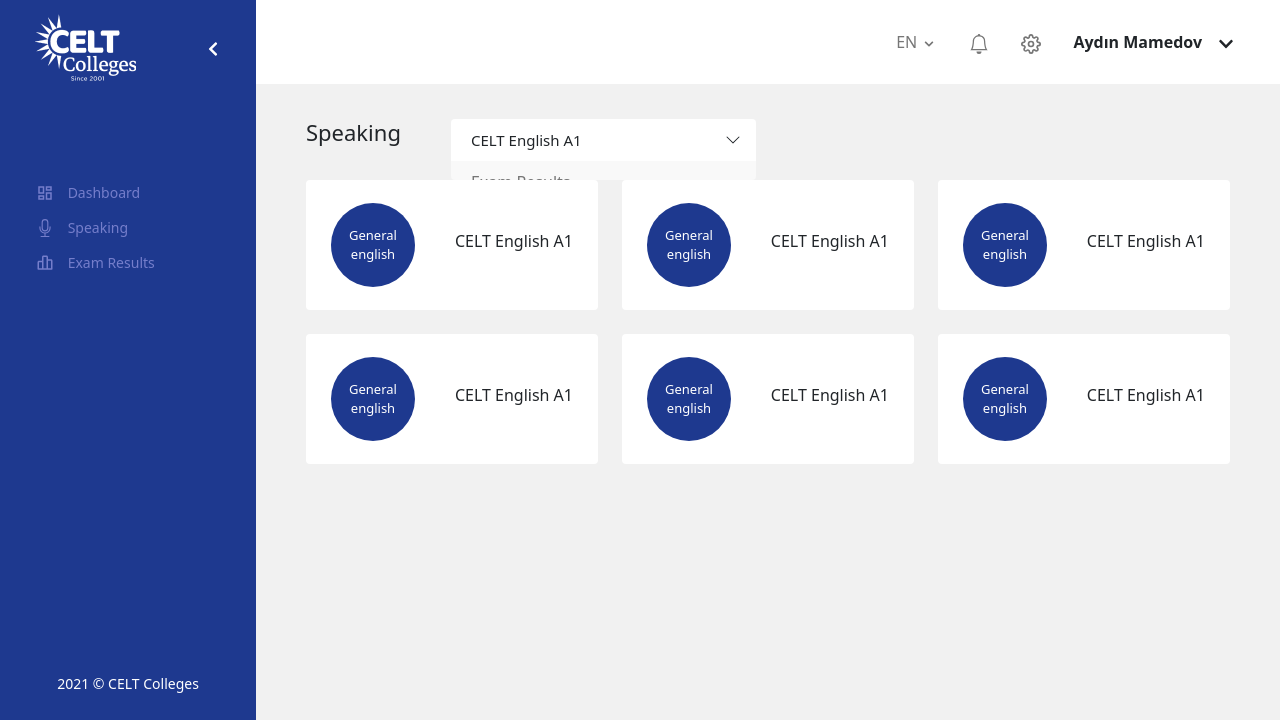
Repository: aydinws/celtapp
Page: /speaking
These files come from the project's save history. The page is drawn as it stood at one moment and after the next save; the edit follows.
The browser window is 1280 px wide. The pictures show the whole page.
The project was rebuilt for these pictures with package versions that can differ from the ones it lists, and the page was loaded fresh each time. Also part of the build but not shown: src/pages/Dashboard/index.js, src/pages/ExamResults/index.scss, src/components/Table/index.scss, src/components/Pagination/index.scss, src/components/Pagination/index.js, src/components/Table/index.js, src/pages/ExamResults/index.js.

Above is the page before, as saved 2021-06-10 00:33:52.

After the next save:
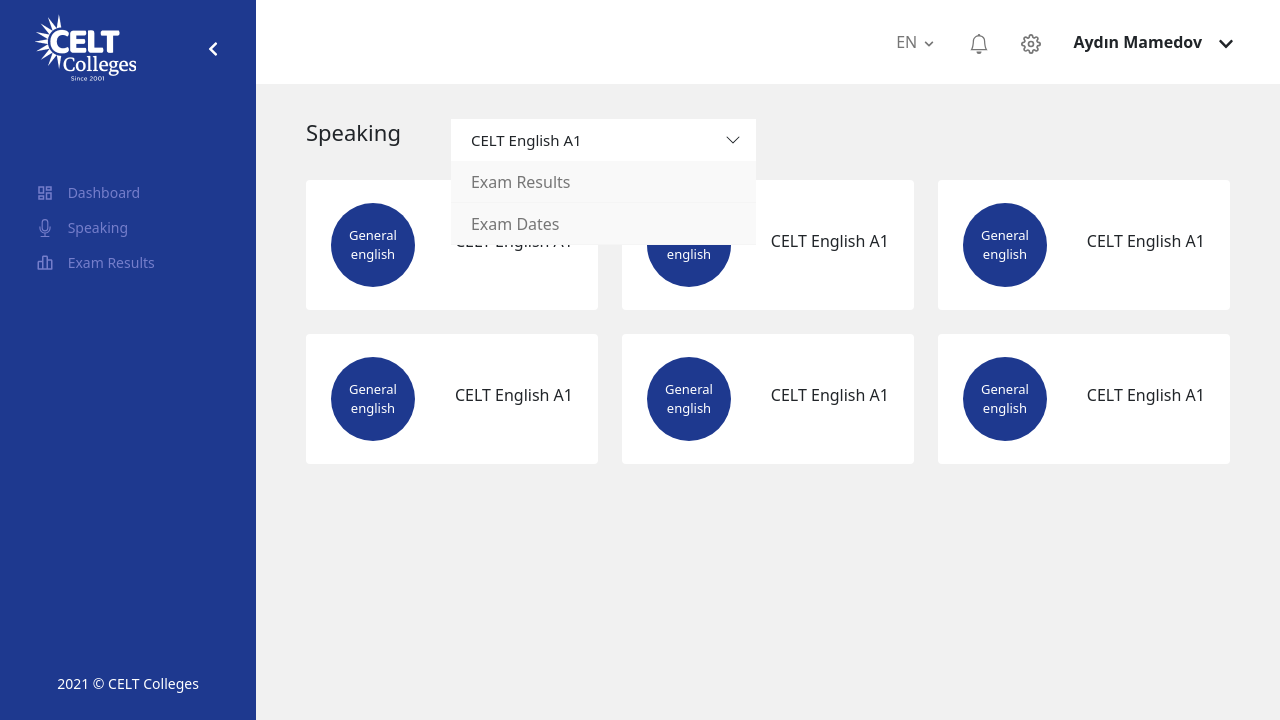
Saved 5 min 14 s later.
--- a/src/pages/Speakings/index.scss
+++ b/src/pages/Speakings/index.scss
@@ -46,7 +46,6 @@
     min-height: 42px;
     border-radius: 4px;
     margin: 0 0 0 50px;
-    overflow: hidden;
     position: relative;
     z-index: 5;
 
@@ -86,6 +85,7 @@
 
         ul {
             padding: 0;
+            margin: 0;
 
             li {
                 a {
